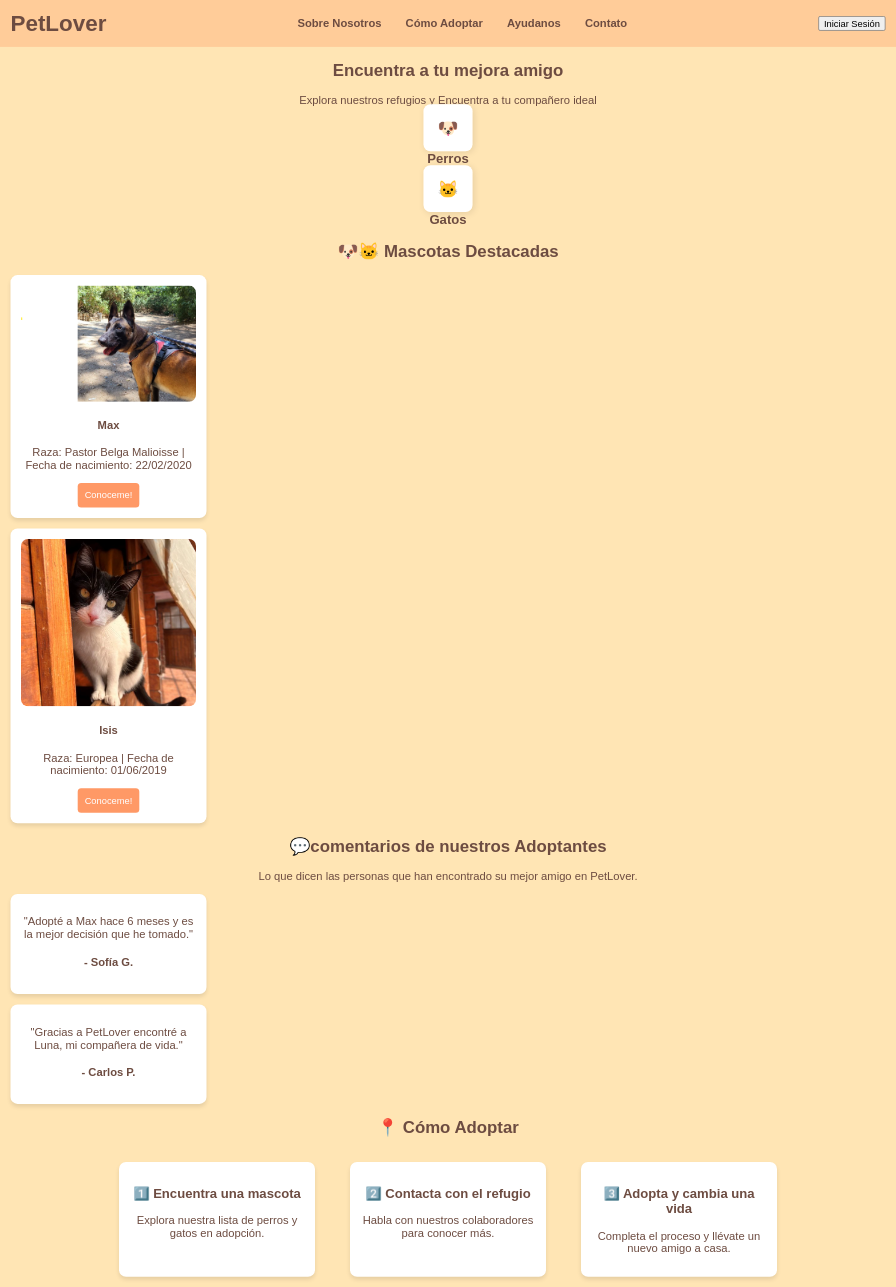
Repository: adriarodrisan/PetLover
Page: Paginas_web/Home_Petlover.html
The author's editor kept a copy of each file at every save. The page is drawn from the files as they stood at one save, then again after the next save.
The browser window is 1280 px wide. The pictures show the whole page, at 70% of full size.

Above is the page before, as saved 2025-02-14 19:11:45.

After the next save:
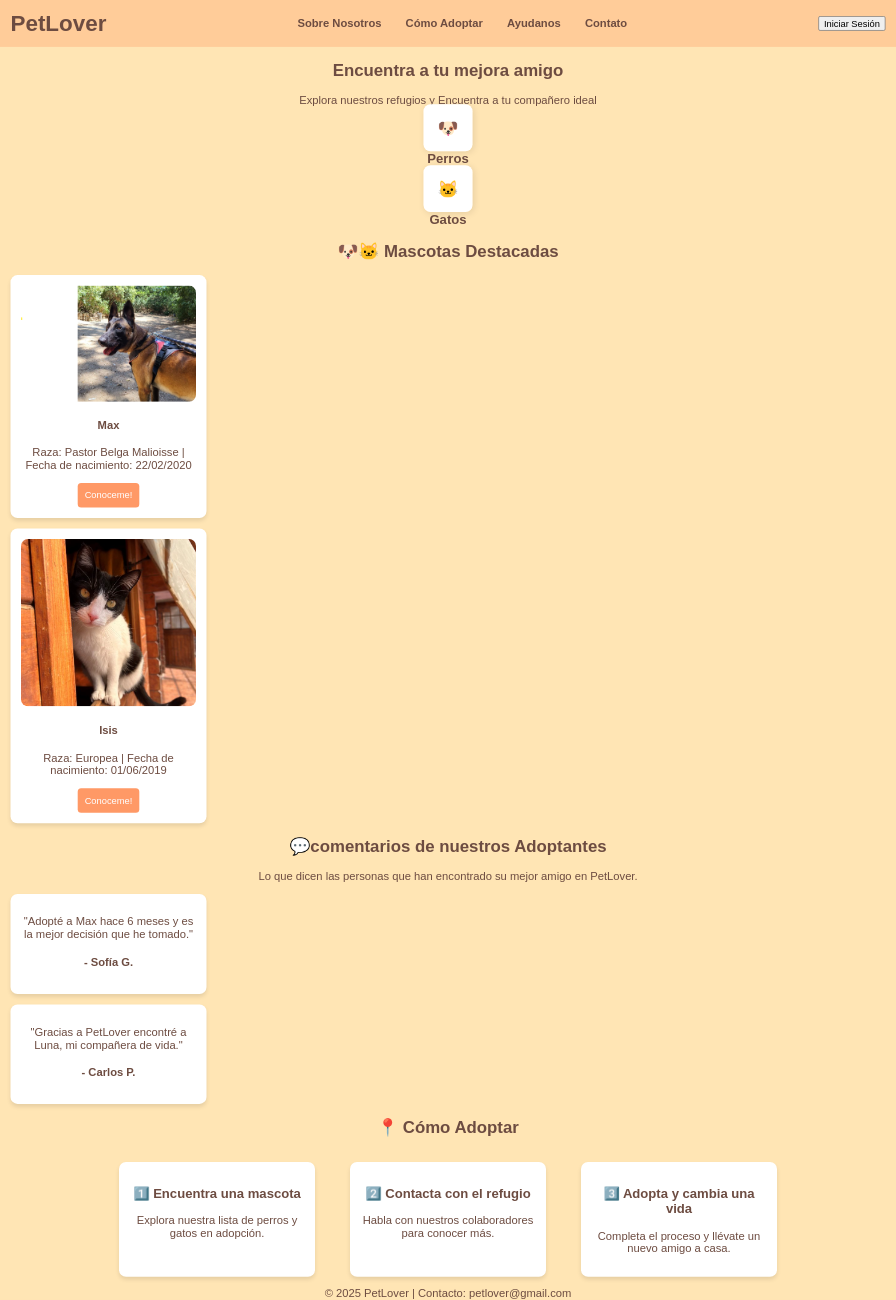
Saved 48 s later.
--- a/Paginas_web/Home_Petlover.html
+++ b/Paginas_web/Home_Petlover.html
@@ -80,5 +80,8 @@
                 </div>
             </div>
         </section>
+        <footer class="pie-pagina">
+            © 2025 PetLover | Contacto: petlover@gmail.com
+        </footer>
 </body>
 </html>
